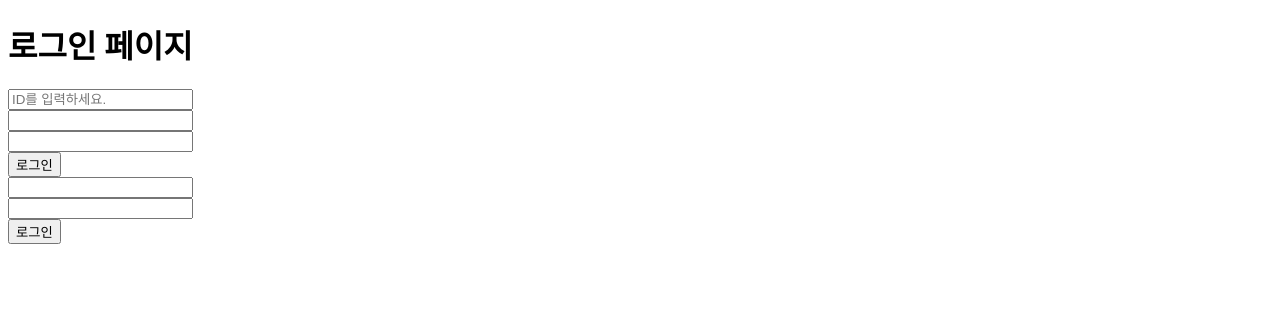
Repository: woneeseo/javastudy
Page: htmlStudy/workspace_html/HelloWorld/WebContent/c.html
The author's editor kept a copy of each file at every save. The page is drawn from the files as they stood at one save, then again after the next save.
The browser window is 1280 px wide. The pictures show the whole page.

Above is the page before, as saved 2020-12-04 06:54:01.

### htmlStudy/workspace_html/HelloWorld/WebContent/c.html
<!DOCTYPE html>
<html>
<head>
<meta charset="UTF-8">
<title>Insert title here</title>
</head>
<body>

<h1>로그인 페이지</h1>
<!-- 헤더태그 : 제목/소제목등을 표현할 수 있음. h1~h6까지 있으며 h1이 가장 크기가 크다. -->

<input placeholder="ID를 입력하세요.">
<!-- placeholder는 입력창에 메세지를 남겨둘 수 있음 -->
<!-- 입력 커서가 들어가면 메세지가 사라짐 -->
<!-- 하지만 input태그는 form태그 본문 안에 있지 않으면 아무 쓸모 없음 -->
<br>

<form action="b.html">
<!-- submit으로 넘겨주는 값을 어디로 보낼것인가? form태그의 action에서 정한다 -->

	<input name="id">
	<!-- input태그에 넘겨준 데이터를 name태그와 페어링을 해 넘겨줘야 하기 때문에 -->
	<!-- input을 사용할 경우 반드시 name값을 줘야 한다 -->
	<br>
	<input type="password" name="pw">
	<br>
	<input type="submit" value="로그인">
	<!-- submit : 버튼기능. 값을 넘겨줌 -->

</form>

<form action="b.html" method="post">

<!-- 데이터 전송방식 -->
<!-- get은 URL에 쿼리스트림을 붙여서 전송 = url을 통해 노출이 됨-->
<!-- http://localhost:8089/HelloWorld/b.html?id=teacheryo&pw=123456 -->
<!-- post는 전송객체의 본문(body)에 넣어서 전송 = 보안적으로 유리 -->
<!-- http://localhost:8089/HelloWorld/b.html (쿼리스트림에 정보가 노출되지 않음) -->
<!-- post 방식은 더 많은 정보를 가지고 있을 수 있지만 get보다 속도가 느림 -->
<!-- get은 데이터를 넘겨주는 크기가 정해져있지만, post는 무한정 -->
<!-- 보안성&데이터 전송량을 생각하면 get/post를 선택할 수 있음 -->
<!-- 비교적 중요하지 않고, 데이터 전송량이 많지 않으면 get (ex.설문조사..) -->
<!-- 중요한 내용이거나 개인적인 정보가 포함 될 경우 post를 사용 (ex.회원가입..) -->

	<input name="id">
	<br>
	<input type="password" name="pw">
	<!-- password를 입력받는 input창이라면 반드시 type에 password를 입력해줘야 함 -->
	<br>
	<input type="submit" value="로그인">

</form>

</body>
</html>

After the next save:
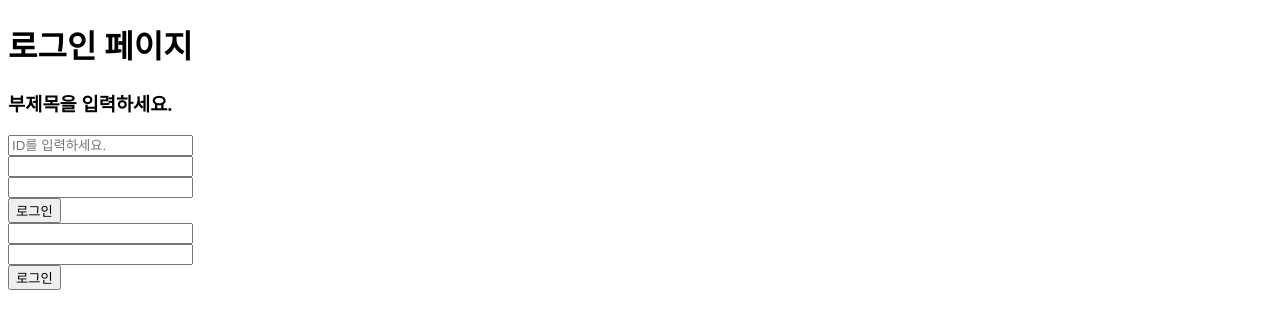
Saved 32 s later.
--- a/htmlStudy/workspace_html/HelloWorld/WebContent/c.html
+++ b/htmlStudy/workspace_html/HelloWorld/WebContent/c.html
@@ -8,6 +8,8 @@
 
 <h1>로그인 페이지</h1>
 <!-- 헤더태그 : 제목/소제목등을 표현할 수 있음. h1~h6까지 있으며 h1이 가장 크기가 크다. -->
+<h3>부제목을 입력하세요.</h3>
+<!-- 보통 h3이 부제목을 입력할 때 사용하는 크기임 -->
 
 <input placeholder="ID를 입력하세요.">
 <!-- placeholder는 입력창에 메세지를 남겨둘 수 있음 -->
